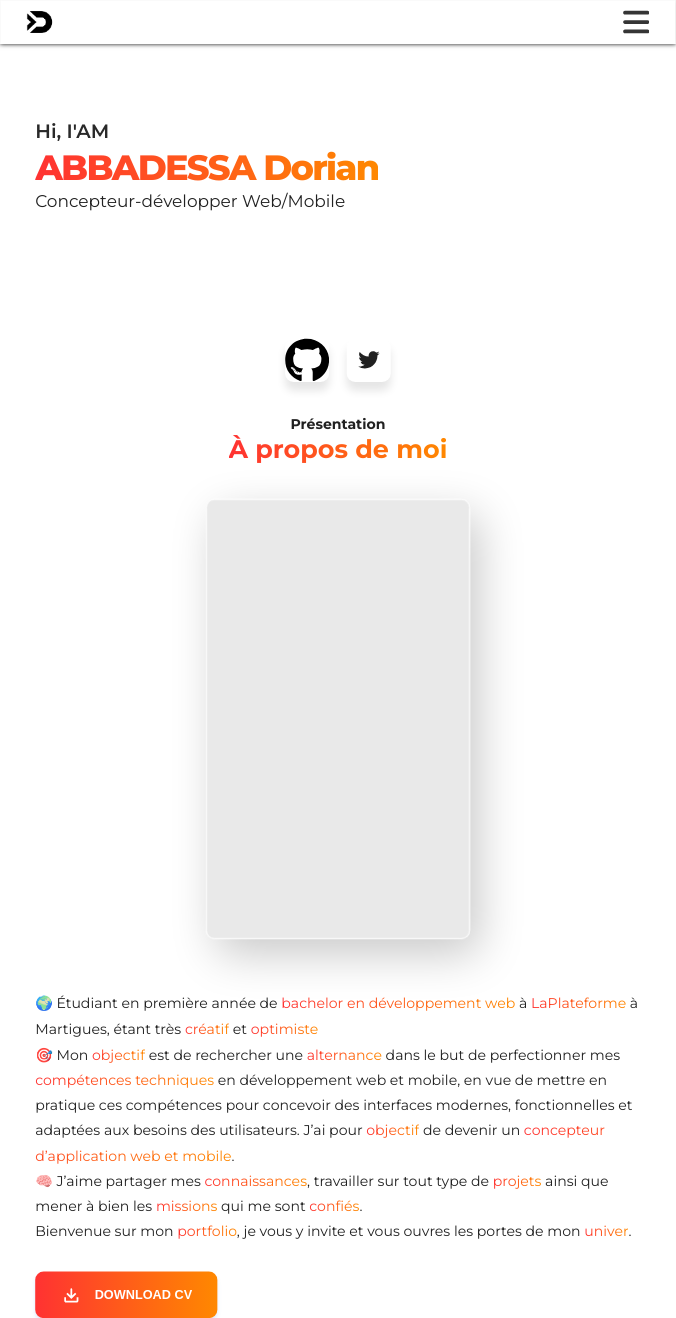
Repository: DorianABDS/Portfolio-ABBADESSA-Dorian
Page: index.html
These files come from the project's save history. The page is drawn as it stood at one moment and after the next save; the edit follows.
The browser window is 768 px wide. The pictures show the whole page, at 88% of full size.

Above is the page before, as saved 2024-11-27 21:50:12.

### index.html
<!DOCTYPE html>
<html lang="fr">
<head>
    <meta charset="UTF-8">
    <meta name="viewport" content="width=device-width, initial-scale=1.0">
    <meta charset="UTF-8">
    <meta name="viewport" content="width=device-width, initial-scale=1.0">
    <meta name="keywords" content="Portfolio, ABBADESSA Dorian, Web developper">
    <title>ABBADESSA Dorian - Portfolio</title>
    <link rel="shortcute icon" href="/src/img/Logo Div.png">
    <link rel="stylesheet" href="style.css">
</head>
<body>
    <header class="header">
        <nav class="navbar">
            <a href="index.html" class="logo"><img src="/src/img/Logo plat Div noir.png" alt=""></a>
            <div class="nav-links">
                <ul>
                    <li><a href="index.html">Accueil</a></li>
                    <li><a href="articles.html">Articles</a></li>
                    <li><a href="apropos.html">À propos</a></li>
                    <li><a href="contact.html">Contact</a></li>
                </ul>
            </div>
            <img src="/src/img/bars-solid.svg" alt="menu hamburger" class="menu-hamburger">
        </nav>
        <!-- <div class="social">
            <a href="#" title="Facebook"><img src="/src/img/icone Github.png" alt=""></a>
            <a href="#" title="Twitter"><img src="src/img/icone Linkedin.png" alt=""></a>
        </div> -->
    </header>
    <main>
        <section class="accueil">
            <div class="container-accueil">
                <h2>Hi, I'AM</h2>
                <h1><span>ABBADESSA Dorian</span></h1>
                <p>Concepteur-développer Web/Mobile</p>
                <div class="social">
                    <ul class="wrapper">
                        <li class="icon facebook">
                          <span class="tooltip">Facebook</span>
                          <img src="/src/img/github-brands-solid.svg" alt="">
                        </li>
                        <li class="icon twitter">
                          <span class="tooltip">Twitter</span>
                          <svg
                            height="1.8em"
                            fill="currentColor"
                            viewBox="0 0 48 48"
                            xmlns="http://www.w3.org/2000/svg"
                            class="twitter"
                          >
                            <path
                              d="M42,12.429c-1.323,0.586-2.746,0.977-4.247,1.162c1.526-0.906,2.7-2.351,3.251-4.058c-1.428,0.837-3.01,1.452-4.693,1.776C34.967,9.884,33.05,9,30.926,9c-4.08,0-7.387,3.278-7.387,7.32c0,0.572,0.067,1.129,0.193,1.67c-6.138-0.308-11.582-3.226-15.224-7.654c-0.64,1.082-1,2.349-1,3.686c0,2.541,1.301,4.778,3.285,6.096c-1.211-0.037-2.351-0.374-3.349-0.914c0,0.022,0,0.055,0,0.086c0,3.551,2.547,6.508,5.923,7.181c-0.617,0.169-1.269,0.263-1.941,0.263c-0.477,0-0.942-0.054-1.392-0.135c0.94,2.902,3.667,5.023,6.898,5.086c-2.528,1.96-5.712,3.134-9.174,3.134c-0.598,0-1.183-0.034-1.761-0.104C9.268,36.786,13.152,38,17.321,38c13.585,0,21.017-11.156,21.017-20.834c0-0.317-0.01-0.633-0.025-0.945C39.763,15.197,41.013,13.905,42,12.429"
                            ></path>
                          </svg>
                        </li>
                      </ul>
                </div>
        </section>
        <section class="about-me">
            <div class="container-about-me">
                <h2>Présentation</h2>
                <h1><span>À propos de moi</span></h1>
            </div>
            <div class="card-about-me"></div>
            <div class="texte-about-me"><p>🌍 Étudiant en première année de <span>bachelor en développement web</span> à <span>LaPlateforme</span> à Martigues, étant très <span>créatif</span> et <span>optimiste</span>
              <br>
              🎯 Mon <span>objectif</span> est de rechercher une <span>alternance</span> dans le but de perfectionner mes <span>compétences techniques</span> en développement web et mobile, en vue de mettre en pratique ces compétences pour  concevoir des interfaces modernes, fonctionnelles et adaptées aux besoins des utilisateurs. J’ai pour <span>objectif</span> de devenir un <span>concepteur d’application web et mobile</span>.
              <br>
              🧠 J’aime partager mes <span>connaissances</span>, travailler sur tout type de <span>projets</span> ainsi que mener à bien les <span>missions</span> qui me sont <span>confiés</span>.
              <br>
              Bienvenue sur mon <span>portfolio</span>, je vous y invite et vous ouvres les portes de mon <span>univer</span>.
              </p></div>
        </section>
        <button class="button-cv">
            <svg
                width="24"
                height="24"
                viewBox="0 0 24 24"
                fill="none"
                xmlns="http://www.w3.org/2000/svg"
                >
                <path
                    d="M11 5C11 4.44772 11.4477 4 12 4C12.5523 4 13 4.44772 13 5V12.1578L16.2428 8.91501L17.657 10.3292L12.0001 15.9861L6.34326 10.3292L7.75748 8.91501L11 12.1575V5Z"
                    fill="currentColor"
                />
                <path
                    d="M4 14H6V18H18V14H20V18C20 19.1046 19.1046 20 18 20H6C4.89543 20 4 19.1046 4 18V14Z"
                    fill="currentColor"
                />
                </svg>
            Download CV
          </button>
    </div>
    </main>
</body>
<script>
    const menuHamburger = document.querySelector(".menu-hamburger")
    const navLinks = document.querySelector(".nav-links")

    menuHamburger.addEventListener('click',()=>{
    navLinks.classList.toggle('mobile-menu')
    })
</script>
</html>

### style.css
@font-face {
    font-family: "Montserrat";
    src: url(/src/font/Montserrat-VariableFont_wght.ttf);
}

* {
    margin: 0;
    padding: 0;
    text-decoration: none;
    list-style: none;
    box-sizing: border-box;

}

html, body {
    font-size: 19.3px;
    color: rgba(0, 0, 0, .87);
    background-color: #fff;
    font-family: "Montserrat", sans-serif;
    line-height: 1.8;
    font-weight: 400;
}

.navbar {
    background: rgb(255, 255, 255);
    box-shadow: 0 0 5px rgb(0, 0, 0);;
    top: 0;
    left: 0;
    height: 50px;
    width: auto;
    position: fixed;
    padding-left: 30px;
    padding-right: 61px;
    width: 100%;
    display: flex;
    justify-content: space-between;
    align-items: center;
    z-index: 100;
}

.navbar a {
    color: #292929;
    font-weight: 700;
    display: inline;
}

.navbar .nav-links ul li a::after {
    content: "";
    display: block;
    height: 2px;
    background: rgb(255, 255, 255);
    transform: scale(0);
    transition: transform 0.2s ease-in-out;
}

.navbar .nav-links ul li a:hover::after {
    transform: scale(1);
}

.navbar .logo {
    transform: none;
    font-weight: 700;
}

.navbar .nav-links ul {
    display: flex;
    align-items: center;
}

.navbar .nav-links ul li {
    display: flex;
    margin: 0 25px;
}

.navbar .nav-links ul li img {
    display: flex;
    padding: -20px;
    margin-left: -23px;
}

.navbar .menu-hamburger {
    display: none;
    position: absolute;
    top: 8px;
    right: 30px;
    width: 30px;
}

.accueil {
    padding-top: 80px;
    margin-top: 50px;
    width: 100%;
    height: 100vh;
}

.button-cv {
    border: none;
    display: flex;
    margin-right: 20px;
    padding: 0.75rem 1.5rem;
    background: linear-gradient(90deg, rgba(255,50,50,1) 0%, rgba(255,136,0,1) 100%);
    color: #ffffff;
    font-size: 0.75rem;
    line-height: 1rem;
    font-weight: 700;
    text-align: center;
    cursor: pointer;
    text-transform: uppercase;
    vertical-align: middle;
    align-items: center;
    border-radius: 0.5rem;
    user-select: none;
    gap: 0.75rem;
    box-shadow:
      0 4px 6px -1px #488aec31,
      0 2px 4px -1px #488aec17;
    transition: all 0.6s ease;
  }

  .button-cv:hover {
    box-shadow:
      0 10px 15px -3px #488aec4f,
      0 4px 6px -2px #488aec17;
  }

  .button-cv:focus,
  .button-cv:active {
    opacity: 0.85;
    box-shadow: none;
  }

  .button-cv svg {
    width: 1.25rem;
    height: 1.25rem;
  }

.about-me {
    display: flex;
    justify-content: center;
    text-align: center;
  }

  .wrapper {
    display: inline-flex;
    list-style: none;
    width: 100%;
    padding-top: 40px;
    font-family: "Montserrat", sans-serif;
    justify-content: center;
  }

  .wrapper .icon {
    position: relative;
    background: #fff;
    border-radius: 0.5rem;
    margin: 10px;
    width: 50px;
    height: 50px;
    font-size: 18px;
    display: flex;
    justify-content: center;
    align-items: center;
    flex-direction: column;
    box-shadow: 0 10px 10px rgba(0, 0, 0, 0.1);
    cursor: pointer;
    transition: all 0.2s cubic-bezier(0.68, -0.55, 0.265, 1.55);
  }

  .wrapper .tooltip {
    position: absolute;
    top: 0;
    font-size: 14px;
    background: #fff;
    color: #fff;
    padding: 5px 8px;
    border-radius: 5px;
    box-shadow: 0 10px 10px rgba(0, 0, 0, 0.1);
    opacity: 0;
  }

  .wrapper .facebook:hover,
  .wrapper .facebook:hover .tooltip,
  .wrapper .facebook:hover .tooltip::before {
    background: #1877f2;
    color: #fff;
  }

  .wrapper .twitter:hover,
  .wrapper .twitter:hover .tooltip,
  .wrapper .twitter:hover .tooltip::before {
    background: #1da1f2;
    color: #fff;
  }

  .wrapper .instagram:hover,
  .wrapper .instagram:hover .tooltip,
  .wrapper .instagram:hover .tooltip::before {
    background: #e4405f;
    color: #fff;
  }

@media  screen and (max-width: 814px) {
    html, body {
        padding: 0 20px;
    }

    .navbar .menu-hamburger {
        display: block;
    }

    .nav-links.mobile-menu {
        margin-left: 0;
    }

    .navbar {
        padding: 0;
    }

    .navbar .logo {
        padding-left: 20px;
    }

    .navbar .logo img {
        display: flex;
        align-items: center;
        width: 50px;
    }

    .nav-links {
        position: absolute;
        background-color: #ffffff90;
        backdrop-filter: blur(8px);
        top: 0;
        left: 0;
        width: 100%;
        height: 100vh;
        display: flex;
        justify-content: center;
        align-items: center;
        margin-left: 100%;
        transition: all 0.5s ease;
    }

    .nav-links ul {
        display: flex;
        flex-direction: column;
        align-items: center;
    }

    .navbar .nav-links ul li {
        margin: 15px 0;
        font-size: 1.2em;
    }

    .accueil {
        height: 100%;
    }

    .accueil h2 {
        font-size: 22px;
        font-weight: 600;
        color: #292929;
    }

    .accueil h1 {
        display: inline-block;
        line-height: 100%;
        font-size: 40px;
        letter-spacing: -2px;
        font-weight: 800;
        background: linear-gradient(90deg, rgba(255,50,50,1) 0%, rgba(255,136,0,1) 100%);
        -webkit-background-clip: text;
        -webkit-text-fill-color: transparent;
    }

    .accueil p {
        height: 80px;
        line-height: 150%;
        margin-bottom: 80px;
    }

    .social {
        display: flex;
        justify-content: center;
    }

    .social a {
        display: flex;
        justify-content: center;
        margin: 0 10px;
        width: 30px;
    }

    .container-accueil {
        viewBox:"0 0 320 512";
        height: 50px;
    }

    .container-about-me h1 {
        font-size: 12;
        background: linear-gradient(90deg, rgba(255,50,50,1) 0%, rgba(255,136,0,1) 100%);
        -webkit-background-clip: text;
        -webkit-text-fill-color: transparent;
    }

    .container-about-me h2 {
        line-height: 5px;
        font-size: 16px;
    }

    .about-me {
        height: 100%;
        display: flex;
        align-items: center;
        flex-direction: column;
        padding-top: 300px;
    }

    .card-about-me {
        box-sizing: border-box;
        width: 300px;
        height: 500px;
        background: rgba(217, 217, 217, 0.58);
        border: 1px solid white;
        box-shadow: 12px 17px 51px rgba(0, 0, 0, 0.22);
        backdrop-filter: blur(6px);
        border-radius: 0.5rem;
        text-align: center;
        cursor: pointer;
        transition: all 0.5s;
        display: flex;
        align-items: center;
        justify-content: center;
        user-select: none;
        font-weight: bolder;
        color: black;
    }

    .card-about-me img {
        height: 500px;
    }

    .about-me p {
        font-size: 16px;
        margin-top: 30px;
        text-align: start;

    }

    .about-me p span {
        margin-top: 30px;
        background: linear-gradient(90deg, rgba(255,50,50,1) 0%, rgba(255,136,0,1) 100%);
        -webkit-background-clip: text;
        -webkit-text-fill-color: transparent;
    }

    .wrapper {
        padding-top: 0;
    }

    .button-cv {
        margin-top: 30px;
    }

    .card-about-me {
        margin: 30px 0;
    }
}

### src/img/bars-solid.svg
<svg xmlns="http://www.w3.org/2000/svg" viewBox="0 0 448 512" fill="#353535"><!--!Font Awesome Free 6.7.0 by @fontawesome - https://fontawesome.com License - https://fontawesome.com/license/free Copyright 2024 Fonticons, Inc.--><path d="M0 96C0 78.3 14.3 64 32 64l384 0c17.7 0 32 14.3 32 32s-14.3 32-32 32L32 128C14.3 128 0 113.7 0 96zM0 256c0-17.7 14.3-32 32-32l384 0c17.7 0 32 14.3 32 32s-14.3 32-32 32L32 288c-17.7 0-32-14.3-32-32zM448 416c0 17.7-14.3 32-32 32L32 448c-17.7 0-32-14.3-32-32s14.3-32 32-32l384 0c17.7 0 32 14.3 32 32z"/></svg>

### src/img/github-brands-solid.svg
<svg xmlns="http://www.w3.org/2000/svg" viewBox="0 0 496 512"><!--!Font Awesome Free 6.7.1 by @fontawesome - https://fontawesome.com License - https://fontawesome.com/license/free Copyright 2024 Fonticons, Inc.--><path fill="#000000" d="M165.9 397.4c0 2-2.3 3.6-5.2 3.6-3.3 .3-5.6-1.3-5.6-3.6 0-2 2.3-3.6 5.2-3.6 3-.3 5.6 1.3 5.6 3.6zm-31.1-4.5c-.7 2 1.3 4.3 4.3 4.9 2.6 1 5.6 0 6.2-2s-1.3-4.3-4.3-5.2c-2.6-.7-5.5 .3-6.2 2.3zm44.2-1.7c-2.9 .7-4.9 2.6-4.6 4.9 .3 2 2.9 3.3 5.9 2.6 2.9-.7 4.9-2.6 4.6-4.6-.3-1.9-3-3.2-5.9-2.9zM244.8 8C106.1 8 0 113.3 0 252c0 110.9 69.8 205.8 169.5 239.2 12.8 2.3 17.3-5.6 17.3-12.1 0-6.2-.3-40.4-.3-61.4 0 0-70 15-84.7-29.8 0 0-11.4-29.1-27.8-36.6 0 0-22.9-15.7 1.6-15.4 0 0 24.9 2 38.6 25.8 21.9 38.6 58.6 27.5 72.9 20.9 2.3-16 8.8-27.1 16-33.7-55.9-6.2-112.3-14.3-112.3-110.5 0-27.5 7.6-41.3 23.6-58.9-2.6-6.5-11.1-33.3 2.6-67.9 20.9-6.5 69 27 69 27 20-5.6 41.5-8.5 62.8-8.5s42.8 2.9 62.8 8.5c0 0 48.1-33.6 69-27 13.7 34.7 5.2 61.4 2.6 67.9 16 17.7 25.8 31.5 25.8 58.9 0 96.5-58.9 104.2-114.8 110.5 9.2 7.9 17 22.9 17 46.4 0 33.7-.3 75.4-.3 83.6 0 6.5 4.6 14.4 17.3 12.1C428.2 457.8 496 362.9 496 252 496 113.3 383.5 8 244.8 8zM97.2 352.9c-1.3 1-1 3.3 .7 5.2 1.6 1.6 3.9 2.3 5.2 1 1.3-1 1-3.3-.7-5.2-1.6-1.6-3.9-2.3-5.2-1zm-10.8-8.1c-.7 1.3 .3 2.9 2.3 3.9 1.6 1 3.6 .7 4.3-.7 .7-1.3-.3-2.9-2.3-3.9-2-.6-3.6-.3-4.3 .7zm32.4 35.6c-1.6 1.3-1 4.3 1.3 6.2 2.3 2.3 5.2 2.6 6.5 1 1.3-1.3 .7-4.3-1.3-6.2-2.2-2.3-5.2-2.6-6.5-1zm-11.4-14.7c-1.6 1-1.6 3.6 0 5.9 1.6 2.3 4.3 3.3 5.6 2.3 1.6-1.3 1.6-3.9 0-6.2-1.4-2.3-4-3.3-5.6-2z"/></svg>

After the next save:
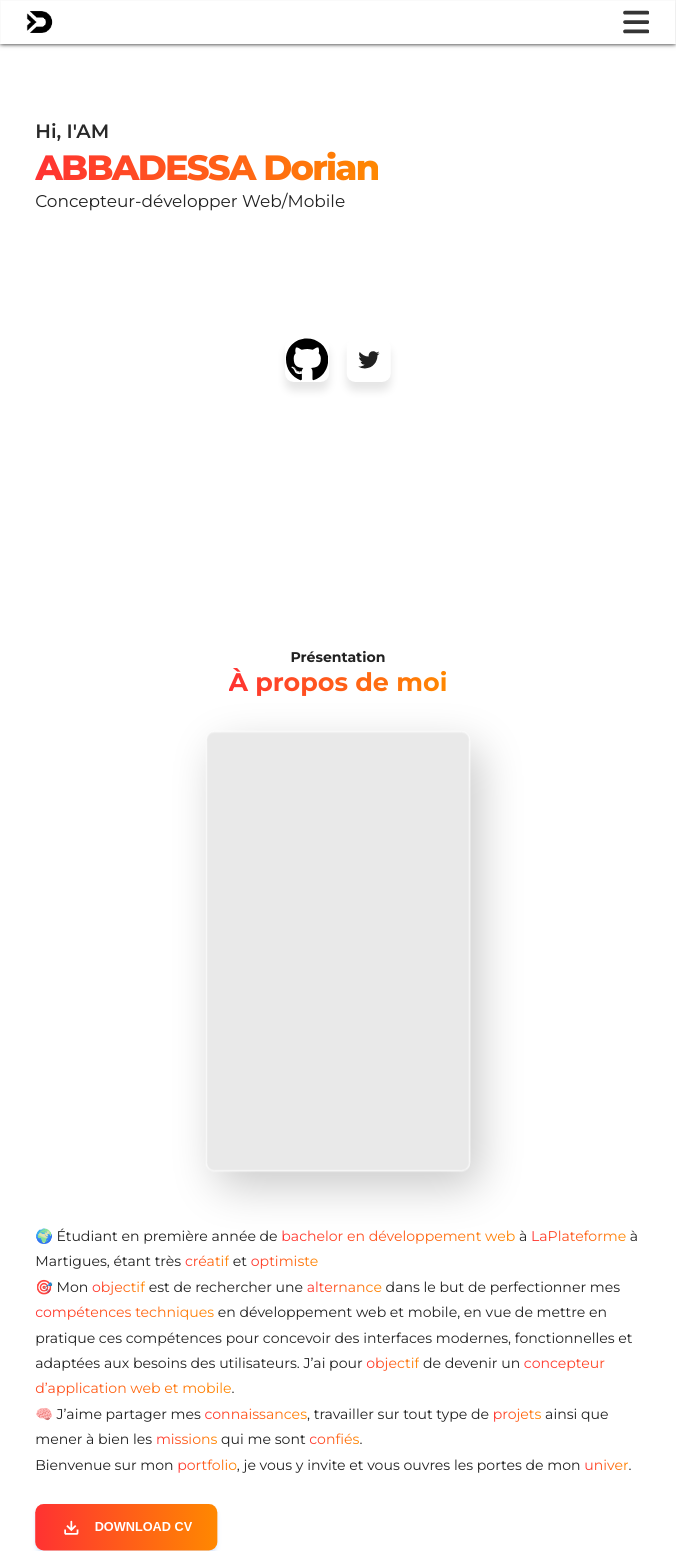
Saved 10 s later.
--- a/style.css
+++ b/style.css
@@ -291,7 +291,7 @@ html, body {
         width: 30px;
     }
 
-    .container-accueil {
+    .container-accueil img {
         viewBox:"0 0 320 512";
         height: 50px;
     }
